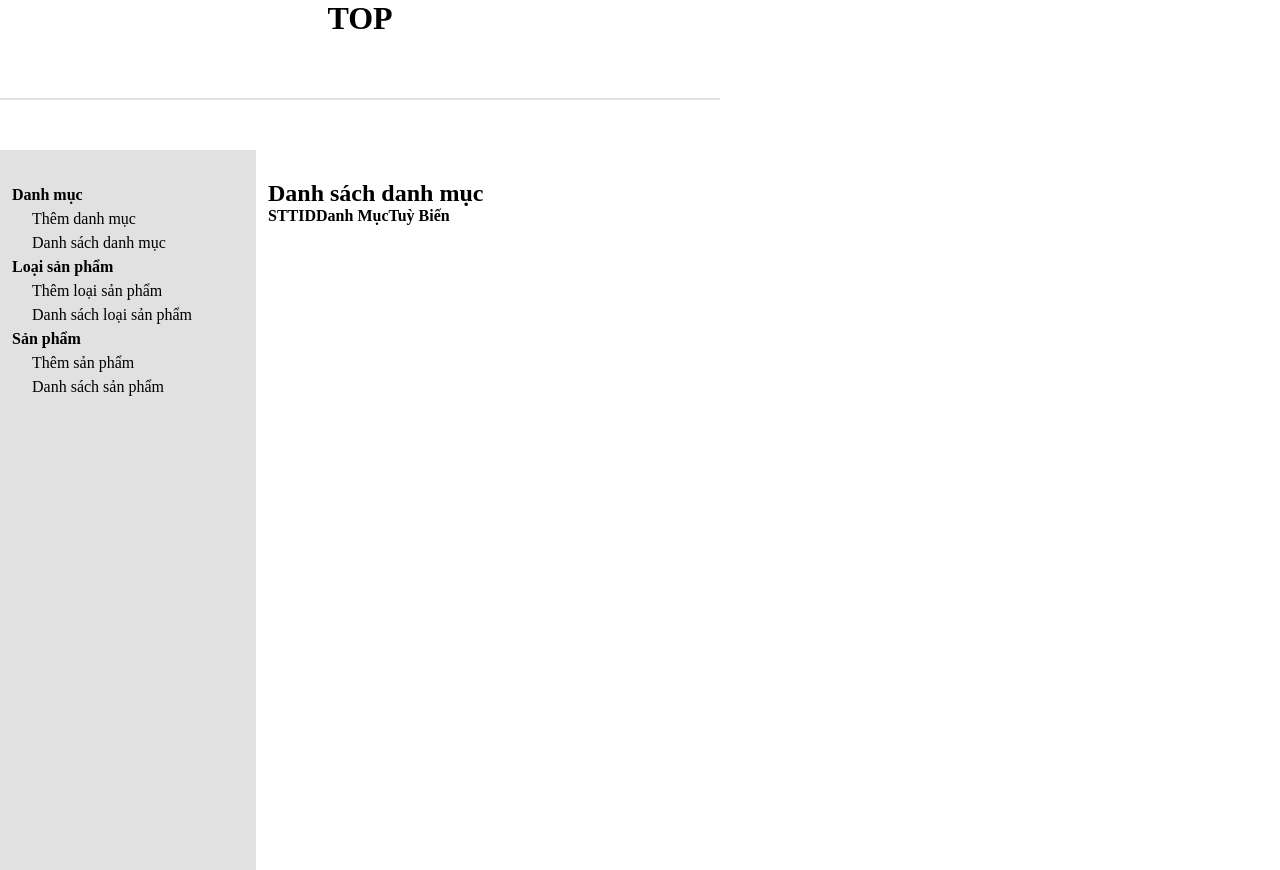
Repository: dinhvanbinh2310/ivy-moda
Page: http://localhost/Admin/cartegorylist.php
An editor plug-in stored every save of this project. The page is shown before and after the next save, followed by the edit.
The browser window is 1280 px wide. The pictures show the whole page.
The page is run by PHP 8.4 with error messages shown; the project is at /var/www/html/. Queries for data that is not in the repository find no rows.

Above is the page before, as saved 2022-07-05 20:55:18.

After the next save:
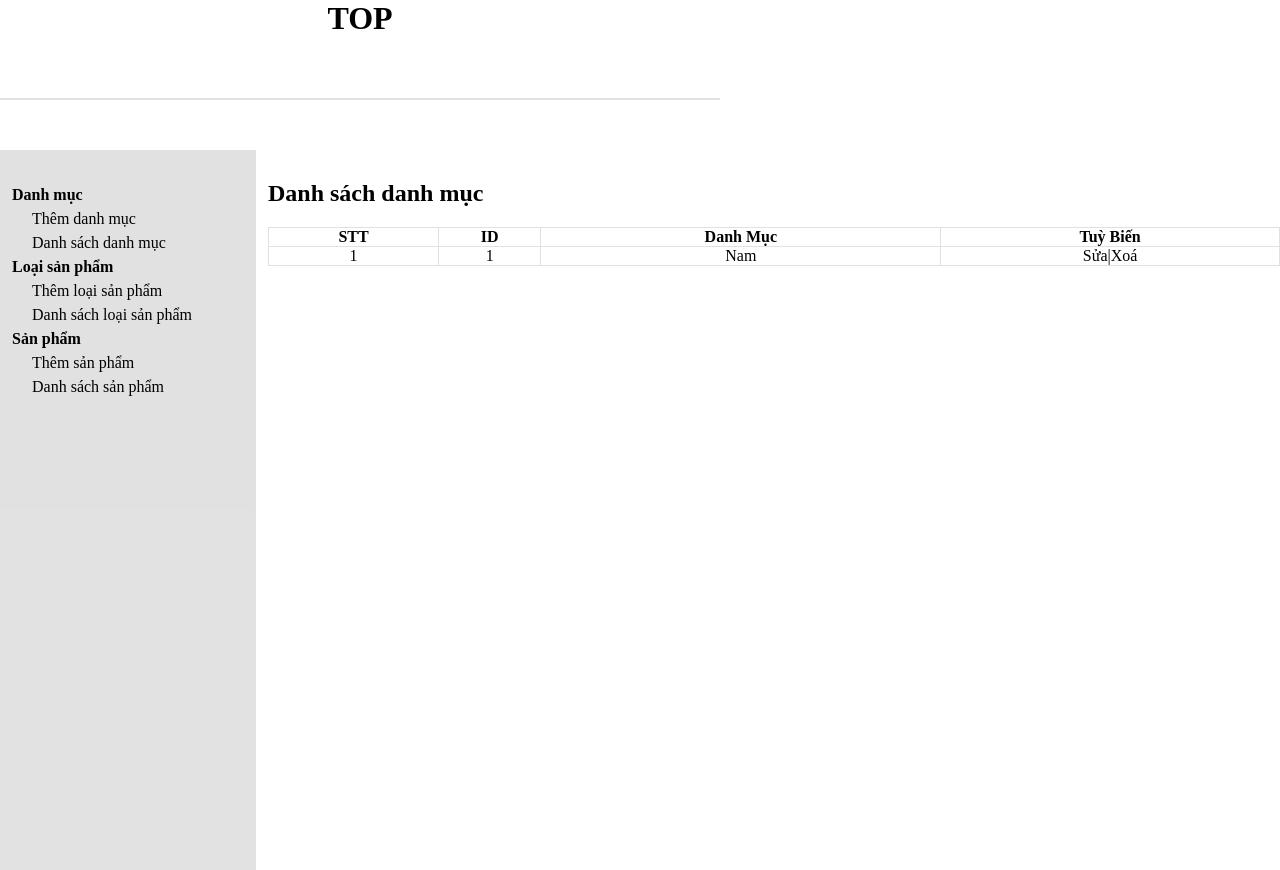
Saved 83 s later.
--- a/Admin/cartegorylist.php
+++ b/Admin/cartegorylist.php
@@ -4,37 +4,31 @@
 include "class/cartegory_class.php";
 ?>
 <?php
-$cartegory = new cartegory;
-$show_cartegory = $cartegory->show_cartegory();
-?>
+  $cartegory = new cartegory;
+  if($_SERVER['REQUEST_METHOD']==='POST'){
+    $cartegory_name = $_POST['cartegory_name'];
+    $insert_cartegory = $cartegory->insert_cartegory($cartegory_name);
+  }
 
+  ?>
 <div class="admin-content-right">
-<div class="admin-content-right-cartegory-list">
-          <h1>Danh sách danh mục </h1>
-          <table>
-            <tr>
-              <th>STT</th>
-              <th>ID</th>
-              <th>Danh Mục</th>
-              <th>Tuỳ Biến</th>
-            </tr>
-            <?php
-            if($show_cartegory){$i=0;
-              while($result=$show_cartegory->fetch_assoc()) {$i++;
-
-            ?>
-            <tr>
-              <td><?php echo $i ?></td>
-              <td><?php echo $result['cartegory_id'] ?></td>
-              <td><?php echo $result['cartegory_name'] ?></td>
-
-            </tr>
-            <?php
-              }
-            }
-            ?>
-          </table>
-        </div>
+<div class="admin-content-right-cartegory_list">
+      <h1>Danh sách danh mục</h1>
+      <table>
+        <tr>
+          <th>STT</th>
+          <th>ID</th>
+          <th>Danh Mục</th>
+          <th>Tuỳ Biến</th>
+        </tr>
+        <tr>
+          <td>1</td>
+          <td>1</td>
+          <td>Nam</td>
+          <td> <a href="">Sửa</a>|<a href="">Xoá</a></td>
+        </tr>
+      </table>
+     </div>
       </div>
   </section>
 </body>

After the save that followed:
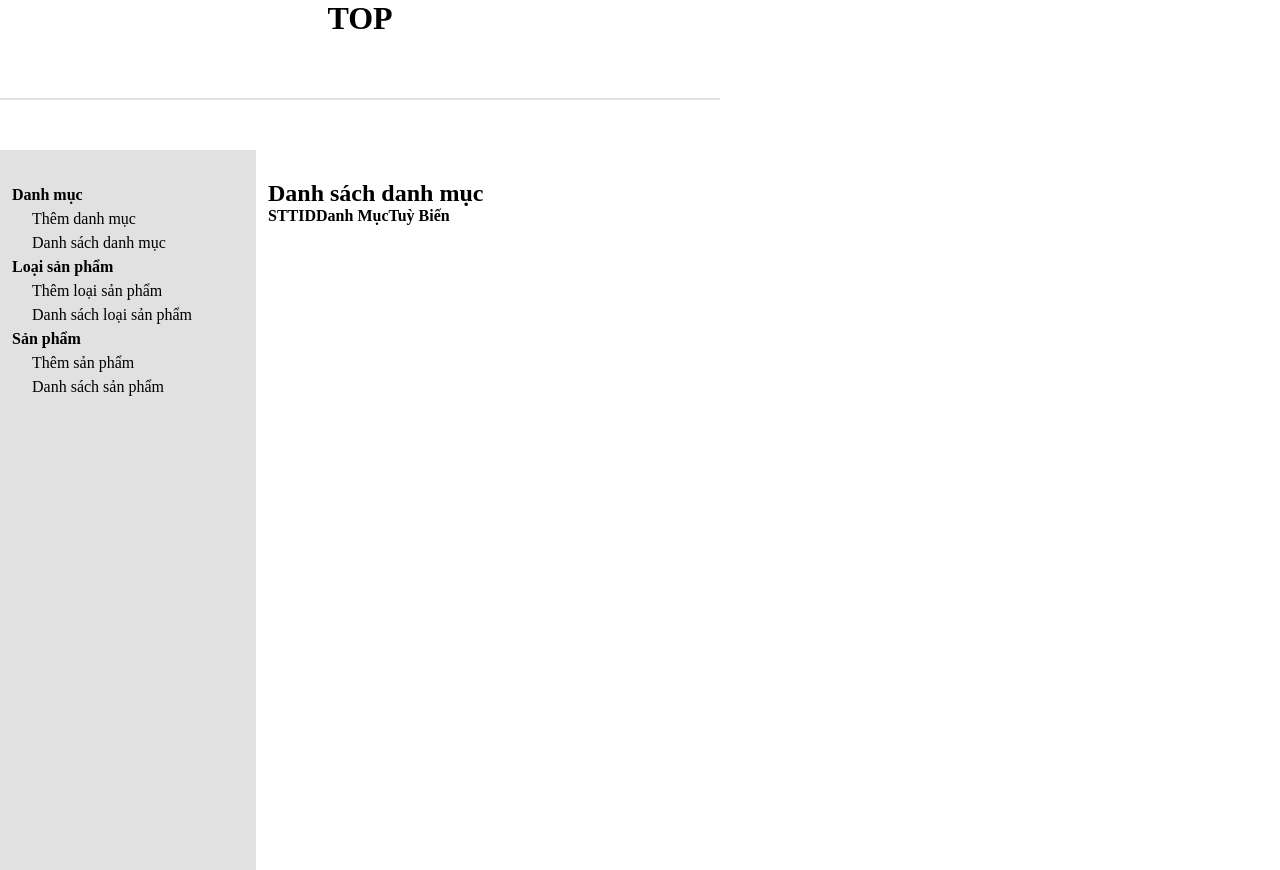
Saved 31 s later.
--- a/Admin/cartegorylist.php
+++ b/Admin/cartegorylist.php
@@ -4,31 +4,37 @@
 include "class/cartegory_class.php";
 ?>
 <?php
-  $cartegory = new cartegory;
-  if($_SERVER['REQUEST_METHOD']==='POST'){
-    $cartegory_name = $_POST['cartegory_name'];
-    $insert_cartegory = $cartegory->insert_cartegory($cartegory_name);
-  }
+$cartegory = new cartegory;
+$show_cartegory = $cartegory->show_cartegory();
+?>
 
-  ?>
 <div class="admin-content-right">
-<div class="admin-content-right-cartegory_list">
-      <h1>Danh sách danh mục</h1>
-      <table>
-        <tr>
-          <th>STT</th>
-          <th>ID</th>
-          <th>Danh Mục</th>
-          <th>Tuỳ Biến</th>
-        </tr>
-        <tr>
-          <td>1</td>
-          <td>1</td>
-          <td>Nam</td>
-          <td> <a href="">Sửa</a>|<a href="">Xoá</a></td>
-        </tr>
-      </table>
-     </div>
+<div class="admin-content-right-cartegory-list">
+          <h1>Danh sách danh mục </h1>
+          <table>
+            <tr>
+              <th>STT</th>
+              <th>ID</th>
+              <th>Danh Mục</th>
+              <th>Tuỳ Biến</th>
+            </tr>
+            <?php
+            if($show_cartegory){$i=0;
+              while($result=$show_cartegory->fetch_assoc()) {$i++;
+
+            ?>
+            <tr>
+              <td><?php echo $i ?></td>
+              <td><?php echo $result['cartegory_id'] ?></td>
+              <td><?php echo $result['cartegory_name'] ?></td>
+
+            </tr>
+            <?php
+              }
+            }
+            ?>
+          </table>
+        </div>
       </div>
   </section>
 </body>
